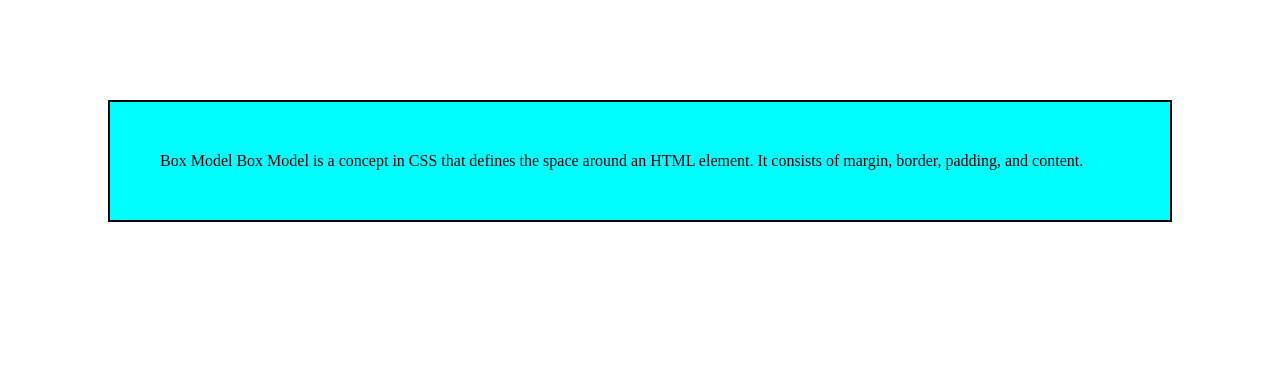
Repository: arunyerram/Web-TEChnologies
Page: Class4/index.html
The author's editor kept a copy of each file at every save. The page is drawn from the files as they stood at one save, then again after the next save.
The browser window is 1280 px wide. The pictures show the whole page.

Above is the page before, as saved 2025-02-18 12:28:23.

### Class4/index.html
<!DOCTYPE html>
<html lang="en">
<head>
    <meta charset="UTF-8">
    <meta name="viewport" content="width=device-width, initial-scale=1.0">
    <title>CSS Rox Model</title>
    <style>
        /* CSS Rox Model */
        .box{
            border:2px solid black;
            background-color: aqua;
            padding: 50px;
            margin: 100px;

        }
    </style>
</head>
<body>
    <div class="box">
        Box Model
        Box Model is a concept in CSS that defines the space around an HTML element. It consists of margin, border, padding, and content.
    </div>
</body>
</html>

After the next save:
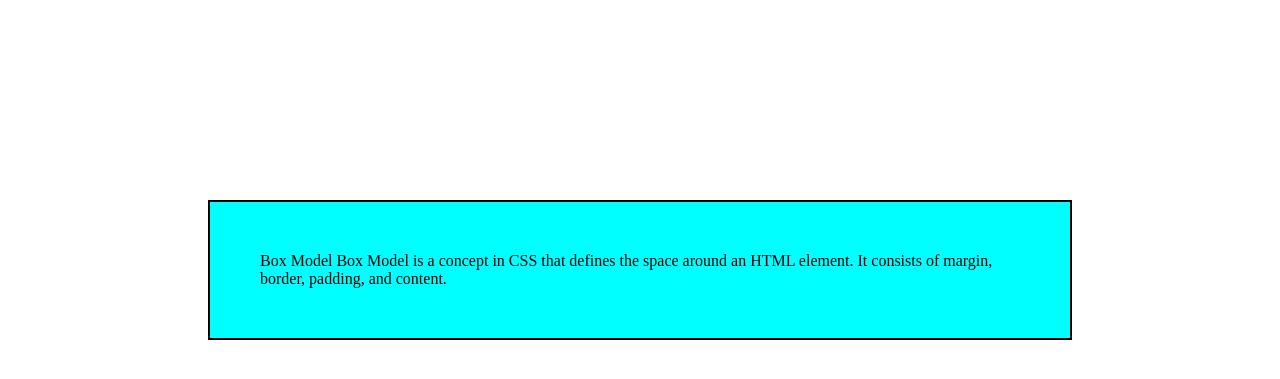
Saved 19 s later.
--- a/Class4/index.html
+++ b/Class4/index.html
@@ -10,7 +10,7 @@
             border:2px solid black;
             background-color: aqua;
             padding: 50px;
-            margin: 100px;
+            margin: 200px;
 
         }
     </style>
